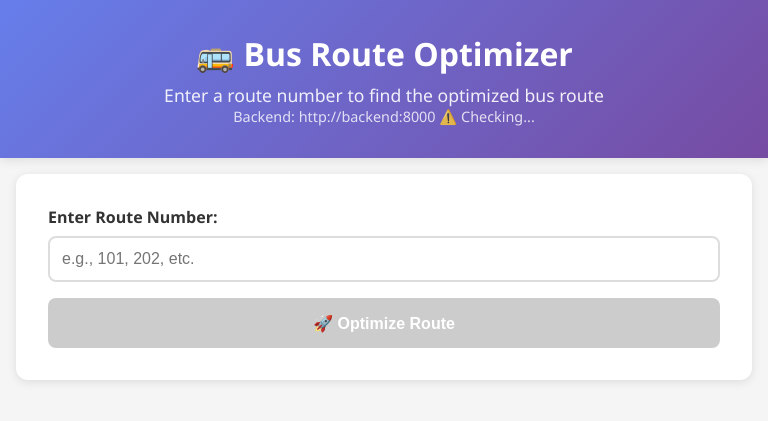
Repository: Stellar61/BRO
Page: / (app in frontend/)
These files come from the project's save history. The page is drawn as it stood at one moment and after the next save; the edit follows.
The browser window is 768 px wide. The pictures show the whole page.
The page's requests for data from a server got no answer. The project was rebuilt for these pictures with package versions that can differ from the ones it lists, and the page was loaded fresh each time. No one was signed in, and anything a server would have sent is missing. Also part of the build but not shown: frontend/src/components/RouteMap.js, frontend/src/components/RouteList.css, frontend/src/components/RouteList.js.

Above is the page before, as saved 2025-10-28 17:52:29.

After the next save:
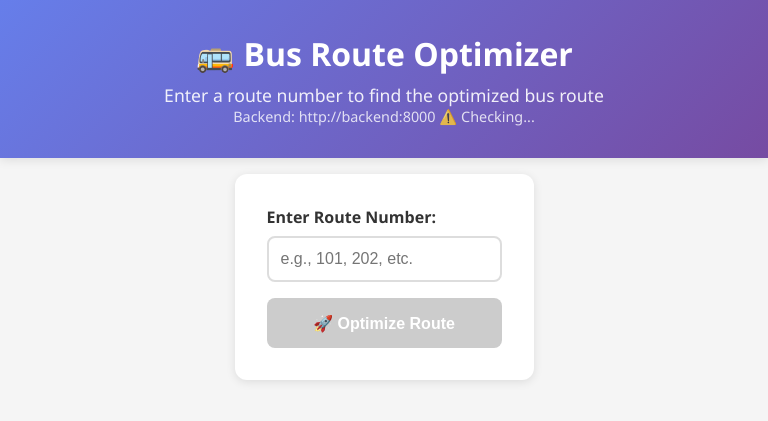
Saved 11 min 56 s later.
--- a/frontend/src/App.css
+++ b/frontend/src/App.css
@@ -1,19 +1,30 @@
+/* Reset & base styles */
 * {
   margin: 0;
   padding: 0;
   box-sizing: border-box;
 }
 
+html,
+body,
+#root {
+  height: 100%;
+}
+
 body {
   font-family: "Segoe UI", Tahoma, Geneva, Verdana, sans-serif;
   background-color: #f5f5f5;
   color: #333;
+  overflow-x: hidden;
 }
 
 .App {
   min-height: 100vh;
-}
-
+  display: flex;
+  flex-direction: column;
+}
+
+/* Header */
 .app-header {
   background: linear-gradient(135deg, #667eea 0%, #764ba2 100%);
   color: white;
@@ -32,7 +43,9 @@ body {
   opacity: 0.9;
 }
 
+/* Main content */
 .app-main {
+  flex: 1;
   max-width: 1200px;
   margin: 0 auto;
   padding: 2rem;
@@ -81,6 +94,7 @@ body {
   color: #333;
 }
 
+/* Layout */
 .results-layout {
   display: grid;
   grid-template-columns: 1fr 1fr;
@@ -103,25 +117,7 @@ body {
   overflow: hidden;
 }
 
-@media (max-width: 768px) {
-  .results-layout {
-    grid-template-columns: 1fr;
-  }
-
-  .stats {
-    flex-direction: column;
-    gap: 0.5rem;
-  }
-
-  .app-header h1 {
-    font-size: 2rem;
-  }
-
-  .app-main {
-    padding: 1rem;
-  }
-}
-/* --- Removed Route Section --- */
+/* Removed Route Section */
 .removed-route {
   background-color: #ffe5e5;
   border: 2px solid #ff5c5c;
@@ -173,7 +169,7 @@ body {
   gap: 8px;
 }
 
-/* Simple fade animation */
+/* Animations */
 @keyframes fadeIn {
   from {
     opacity: 0;
@@ -184,3 +180,23 @@ body {
     transform: translateY(0);
   }
 }
+
+/* Responsive */
+@media (max-width: 768px) {
+  .results-layout {
+    grid-template-columns: 1fr;
+  }
+
+  .stats {
+    flex-direction: column;
+    gap: 0.5rem;
+  }
+
+  .app-header h1 {
+    font-size: 2rem;
+  }
+
+  .app-main {
+    padding: 1rem;
+  }
+}
